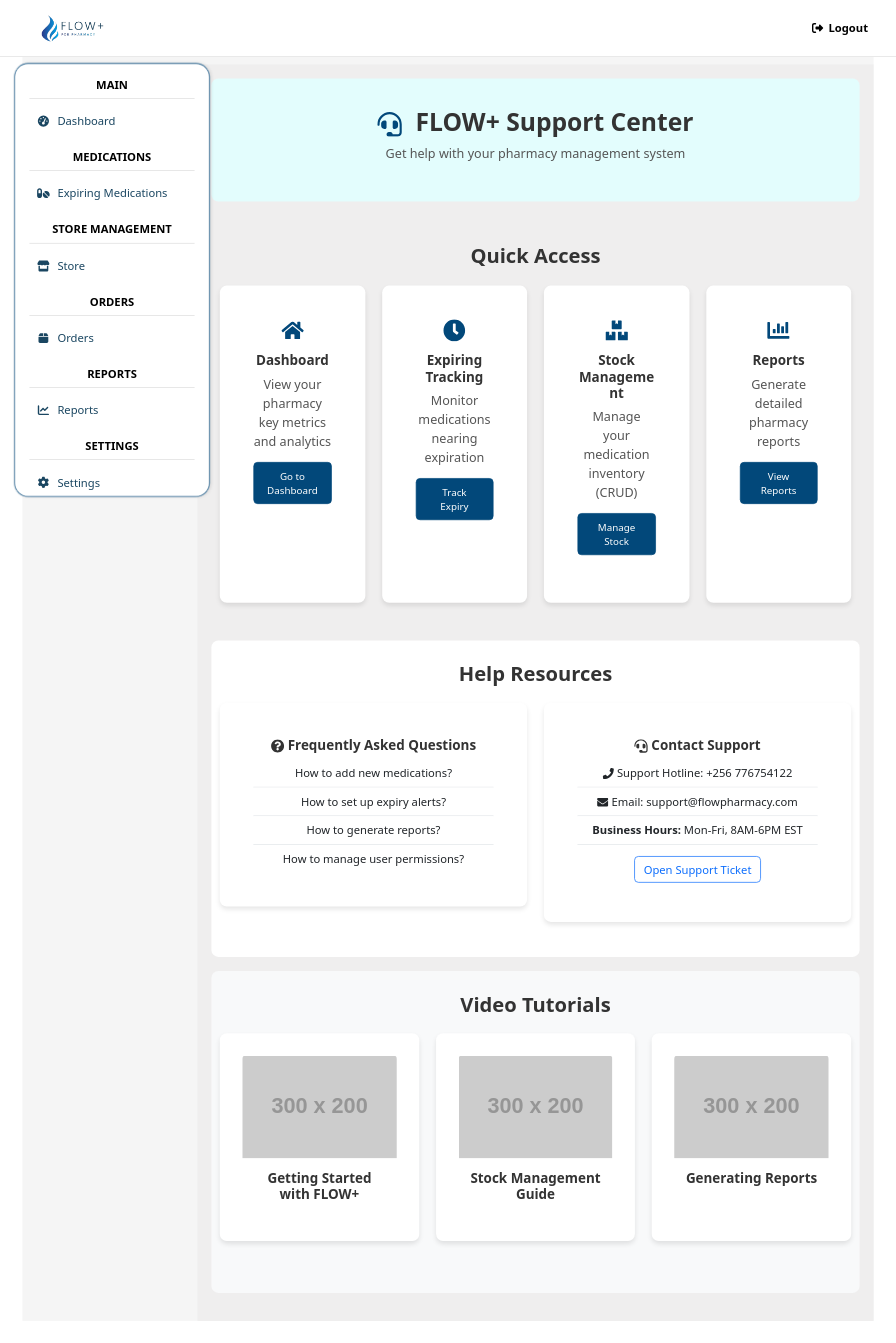
Repository: bindukabusara/Frontend
Page: /support
An editor plug-in stored every save of this project. The page is shown before and after the next save, followed by the edit.
The browser window is 1280 px wide. The pictures show the whole page, at 70% of full size.
The project was rebuilt for these pictures with package versions that can differ from the ones it lists, and the page was loaded fresh each time. Also part of the build but not shown: vite.config.js, src/components/Home.jsx, src/components/authentification/Signup.css, src/components/authentification/Signup.jsx, src/components/authentification/Login.jsx, src/components/Content/Dashboard.jsx, src/components/Content/MedicationStore.jsx, src/components/Content/ExpiringMedications.jsx and 14 more.

Above is the page before, as saved 2025-03-31 17:09:14.

### index.html
<!doctype html>
<html lang="en">

<head>
  <meta charset="UTF-8" />
  <link rel="icon" type="image/png" href="/Logo.png" />
  <meta name="viewport" content="width=device-width, initial-scale=1.0" />
  <title> FLOW +</title>

</head>

<body>
  <div id="root"></div>
  <script type="module" src="/src/main.jsx"></script>
</body>

</html>

### src/App.css
#root {
  max-width: 1280px;
  margin: 0 auto;
  padding: 2rem;
  text-align: center;
}

.logo {
  height: 6em;
  padding: 1.5em;
  will-change: filter;
  transition: filter 300ms;
}
.logo:hover {
  filter: drop-shadow(0 0 2em #646cffaa);
}
.logo.react:hover {
  filter: drop-shadow(0 0 2em #61dafbaa);
}

@keyframes logo-spin {
  from {
    transform: rotate(0deg);
  }
  to {
    transform: rotate(360deg);
  }
}

@media (prefers-reduced-motion: no-preference) {
  a:nth-of-type(2) .logo {
    animation: logo-spin infinite 20s linear;
  }
}

.card {
  padding: 2em;
}

.read-the-docs {
  color: #ffffff;
}

### src/components/Content/Support.jsx
import { Container, Row, Col, Card, Button, ListGroup } from "react-bootstrap";
import { FaHome, FaClock, FaBoxes, FaChartBar, FaHeadset, FaPhone, FaEnvelope, FaQuestionCircle } from "react-icons/fa";
import { Link } from "react-router-dom";
import Sidebar from '../Pharmacy/Sidebar/Sidebar';
import Navbar from "../Pharmacy/Sidebar/Navbar";
import "./Support.css";

const Support = () => {
  return (
    <div className="dashboard-container">
      <Navbar />
      <Sidebar />
      <div className="main-content">
        {/* Header Section */}
        <div className="support-header">
          <Container>
            <h1><FaHeadset className="support-icon" /> FLOW+ Support Center</h1>
            <p>Get help with your pharmacy management system</p>
          </Container>
        </div>

        {/* Quick Links Section */}
        <section className="quick-links">
          <Container>
            <h2 className="section-title">Quick Access</h2>
            <Row className="mt-4">
              <Col md={3} className="mb-4">
                <Card className="quick-link-card">
                  <Card.Body className="text-center">
                    <FaHome className="quick-link-icon" />
                    <Card.Title>Dashboard</Card.Title>
                    <Card.Text>
                      View your pharmacy key metrics and analytics
                    </Card.Text>
                    <Button as={Link} to="/dashboard" variant="primary">
                      Go to Dashboard
                    </Button>
                  </Card.Body>
                </Card>
              </Col>
              <Col md={3} className="mb-4">
                <Card className="quick-link-card">
                  <Card.Body className="text-center">
                    <FaClock className="quick-link-icon" />
                    <Card.Title>Expiring Tracking</Card.Title>
                    <Card.Text>
                      Monitor medications nearing expiration
                    </Card.Text>
                    <Button as={Link} to="/expiring-medications" variant="primary">
                      Track Expiry
                    </Button>
                  </Card.Body>
                </Card>
              </Col>
              <Col md={3} className="mb-4">
                <Card className="quick-link-card">
                  <Card.Body className="text-center">
                    <FaBoxes className="quick-link-icon" />
                    <Card.Title>Stock Management</Card.Title>
                    <Card.Text>
                      Manage your medication inventory (CRUD)
                    </Card.Text>
                    <Button as={Link} to="/medications" variant="primary">
                      Manage Stock
                    </Button>
                  </Card.Body>
                </Card>
              </Col>
              <Col md={3} className="mb-4">
                <Card className="quick-link-card">
                  <Card.Body className="text-center">
                    <FaChartBar className="quick-link-icon" />
                    <Card.Title>Reports</Card.Title>
                    <Card.Text>
                      Generate detailed pharmacy reports
                    </Card.Text>
                    <Button as={Link} to="/reportP" variant="primary">
                      View Reports
                    </Button>
                  </Card.Body>
                </Card>
              </Col>
            </Row>
          </Container>
        </section>

        {/* Help Resources Section */}
        <section className="help-resources">
          <Container>
            <h2 className="section-title">Help Resources</h2>
            <Row>
              <Col md={6}>
                <Card className="mb-4">
                  <Card.Body>
                    <Card.Title><FaQuestionCircle className="mr-2" /> Frequently Asked Questions</Card.Title>
                    <ListGroup variant="flush">
                      <ListGroup.Item>How to add new medications?</ListGroup.Item>
                      <ListGroup.Item>How to set up expiry alerts?</ListGroup.Item>
                      <ListGroup.Item>How to generate reports?</ListGroup.Item>
                      <ListGroup.Item>How to manage user permissions?</ListGroup.Item>
                    </ListGroup>
                  </Card.Body>
                </Card>
              </Col>
              <Col md={6}>
                <Card>
                  <Card.Body>
                    <Card.Title><FaHeadset className="mr-2" /> Contact Support</Card.Title>
                    <ListGroup variant="flush">
                      <ListGroup.Item>
                        <FaPhone className="mr-2" /> Support Hotline: +256 776754122
                      </ListGroup.Item>
                      <ListGroup.Item>
                        <FaEnvelope className="mr-2" /> Email: support@flowpharmacy.com
                      </ListGroup.Item>
                      <ListGroup.Item>
                        <strong>Business Hours:</strong> Mon-Fri, 8AM-6PM EST
                      </ListGroup.Item>
                      <ListGroup.Item>
                        <Button variant="outline-primary" className="mt-2">
                          Open Support Ticket
                        </Button>
                      </ListGroup.Item>
                    </ListGroup>
                  </Card.Body>
                </Card>
              </Col>
            </Row>
          </Container>
        </section>

        {/* Video Tutorials Section */}
        <section className="video-tutorials">
          <Container>
            <h2 className="section-title">Video Tutorials</h2>
            <Row>
              <Col md={4} className="mb-4">
                <Card>
                  <Card.Img variant="top" src="https://via.placeholder.com/300x200" />
                  <Card.Body>
                    <Card.Title>Getting Started with FLOW+</Card.Title>
                  </Card.Body>
                </Card>
              </Col>
              <Col md={4} className="mb-4">
                <Card>
                  <Card.Img variant="top" src="https://via.placeholder.com/300x200" />
                  <Card.Body>
                    <Card.Title>Stock Management Guide</Card.Title>
                  </Card.Body>
                </Card>
              </Col>
              <Col md={4} className="mb-4">
                <Card>
                  <Card.Img variant="top" src="https://via.placeholder.com/300x200" />
                  <Card.Body>
                    <Card.Title>Generating Reports</Card.Title>
                  </Card.Body>
                </Card>
              </Col>
            </Row>
          </Container>
        </section>
      </div>
    </div>
  );
};

export default Support;

### src/components/Pharmacy/Sidebar/Navbar.css
/* Navbar Styles */
.navbar {
  background-color: #fff; /* Updated navbar color */
  color: #fff; /* White text */
  padding: 5px 10px;
  box-shadow: 0 2px 5px rgba(255, 255, 255, 0.1);
  position: fixed;
  top: 0;
  left: 0;
  width: 100%;
  z-index: 100;
  display: flex;
  align-items: center;
}

.navbar-content {
  display: flex;
  align-items: center;
  width: 100%;
  max-width: 1200px;
  margin: 0 auto;
}



.navbar-logo img {
  height: 70px; /* Adjust logo size */
}

/* Logout option styling */
.navbar-actions {
  margin-left: auto; /* Push logout to the extreme right */
  display: flex;
  align-items: center;
}

.navbar-actions .logout-option {
  color: #000000;
  cursor: pointer;
  font-size: 16px;
  display: flex;
  align-items: center;
  gap: 8px; /* Space between icon and text */
  transition: opacity 0.3s ease;
}

.navbar-actions .logout-option:hover {
  opacity: 0.8; /* Slight fade on hover */
}

/* Logout icon styling */
.navbar-actions .logout-option svg {
  width: 16px;
  height: 16px;
}

/* Logout Popup Overlay */
.logout-popup-overlay {
  position: fixed;
  top: 0;
  left: 0;
  width: 100%;
  height: 100%;
  background-color: rgba(0, 0, 0, 0.5); /* Semi-transparent black overlay */
  display: flex;
  justify-content: center;
  align-items: center;
  z-index: 1001;
}

/* Logout Popup */
.logout-popup {
  background-color: #fff;
  padding: 20px;
  border-radius: 10px;
  box-shadow: 0 2px 10px rgba(0, 0, 0, 0.1);
  text-align: center;
  max-width: 300px;
  width: 100%;
}

.logout-popup h3 {
  margin-bottom: 20px;
  color: #333;
}

.popup-buttons {
  display: flex;
  justify-content: center;
  gap: 10px;
}

.popup-buttons button {
  padding: 8px 16px;
  border: none;
  border-radius: 5px;
  cursor: pointer;
  font-size: 14px;
  transition: background-color 0.3s ease;
}

.popup-buttons .confirm-button {
  background-color: #ff4d4d; /* Red button */
  color: #fff;
}

.popup-buttons .confirm-button:hover {
  background-color: #e60000; /* Darker red on hover */
}

.popup-buttons .cancel-button {
  background-color: #1D328D; /* Updated navbar color */
  color: #fff;
}

.popup-buttons .cancel-button:hover {
  background-color: #16236b; /* Darker blue on hover */
}

### src/components/Content/order.css
.all-carts-page-container {
    padding: 20px;
  }

  .main-content {
    margin-left: 250px; /* Adjust based on your sidebar width */
  }

  .medication-image {
    width: 50px;
    height: 50px;
    object-fit: cover;
    margin-right: 10px;
  }

  .table td {
    vertical-align: middle; /* Align content vertically in the middle */
  }

  .modal-body {
    padding: 20px;
  }

  .modal-footer {
    justify-content: space-between;
  }

  /* Style the time input */
  input[type="time"] {
    padding: 8px;
    border: 1px solid #ccc;
    border-radius: 4px;
    width: 100%;
  }

  /* Style the "Add Another Time" button */
  .btn-secondary {
    margin-top: 10px;
  }

  .custom-table {
    width: 100%;
    border-collapse: collapse;
    margin-top: 20px;
    box-shadow: 0 4px 8px rgba(0, 0, 0, 0.1);
    background-color: #fff;
  }

  .custom-table th,
  .custom-table td {
    padding: 12px;
    text-align: left;
    border-bottom: 1px solid #ddd;
  }

  .custom-table th {
    background-color: #02487a;
    color: #fff;
    font-weight: bold;
    text-transform: uppercase;
    font-size: 12px;
  }

  .custom-table tbody tr:hover {
    background-color: #f1f1f1;
  }

  .custom-table tbody tr:nth-child(even) {
    background-color: #f9f9f9;
  }

  /* Medication Image Styling */
  .medication-image {
    width: 30px;
    height: 30px;
    border-radius: 5px;
    object-fit: cover;
  }

  /* Button Styling */
  .btn-primary {
    background-color:#02487a;
    border-color: #02487a;
    font-size: 14px;
    padding: 8px 16px;
  }

  .btn-primary:hover {
    background-color: #02487a;;
    border-color:#02487a;;
  }

### src/components/Content/Support.css
/* Support Page Styles */
.dashboard-container {
    display: flex;
    min-height: 100vh;
  }

  .main-content {
    flex: 1;
    padding: 20px;
    margin-left: 250px; /* Adjust based on your sidebar width */
  }

  .support-header {
    background-color: #E3FDFD;
    padding: 40px 0;
    text-align: center;
    margin-bottom: 30px;
    border-radius: 10px;
  }

  .support-header h1 {
    font-size: 2.2rem;
    font-weight: bold;
    color: #333;
  }

  .support-icon {
    color: #02487a;
    margin-right: 10px;
  }

  .section-title {
    font-size: 1.8rem;
    font-weight: bold;
    color: #333;
    margin-bottom: 25px;
    text-align: center;
  }

  .quick-links {
    padding: 30px 0;
  }

  .quick-link-card {
    height: 100%;
    transition: transform 0.3s ease;
    border: none;
    border-radius: 10px;
    box-shadow: 0 4px 8px rgba(0, 0, 0, 0.1);
    margin-bottom: 20px;
  }

  .quick-link-card:hover {
    transform: translateY(-5px);
  }

  .quick-link-icon {
    font-size: 2rem;
    color: #02487a;
    margin-bottom: 15px;
  }

  .help-resources, .video-tutorials {
    padding: 30px 0;
    background-color: #ffffff;
    border-radius: 10px;
    margin-bottom: 20px;
  }

  .video-tutorials {
    background-color: #f8f9fa;
  }

  .card {
    border: none;
    border-radius: 10px;
    box-shadow: 0 4px 8px rgba(0, 0, 0, 0.1);
    transition: transform 0.3s ease;
    margin-bottom: 20px;
  }

  .card:hover {
    transform: translateY(-5px);
  }

  .ListGroup-item {
    padding: 12px;
    border-left: none;
    border-right: none;
  }

  /* Responsive adjustments */
  @media (max-width: 992px) {
    .main-content {
      margin-left: 0;
      padding-top: 70px; /* Account for navbar height */
    }

    .support-header h1 {
      font-size: 1.8rem;
    }

    .section-title {
      font-size: 1.5rem;
    }

    .quick-link-icon {
      font-size: 1.5rem;
    }
  }

### src/componentp/contents/Reminder.css
.reminder-page-container {
  display: flex;
  min-height: 100vh;
}

.main-content {
  flex: 1;
  padding: 20px;
  margin-left: 250px; /* Adjust based on sidebar width */
}

.active-reminders-alert {
  position: fixed;
  top: 20px;
  right: 20px;
  width: 350px;
  z-index: 1000;
  animation: pulse 2s infinite;
}

@keyframes pulse {
  0% { box-shadow: 0 0 0 0 rgba(255, 193, 7, 0.7); }
  70% { box-shadow: 0 0 0 10px rgba(255, 193, 7, 0); }
  100% { box-shadow: 0 0 0 0 rgba(255, 193, 7, 0); }
}

.medication-thumbnail {
  width: 50px;
  height: 50px;
  object-fit: cover;
  border-radius: 4px;
  margin-right: 10px;
}

.reminders-grid {
  display: grid;
  grid-template-columns: repeat(auto-fill, minmax(300px, 1fr));
  gap: 20px;
}

.times-list {
  padding-left: 20px;
  margin-bottom: 0;
}

@media (max-width: 768px) {
  .main-content {
    margin-left: 0;
  }

  .reminders-grid {
    grid-template-columns: 1fr;
  }

  .active-reminders-alert {
    width: calc(100% - 40px);
    left: 20px;
    right: auto;
  }
}

.reminder-page-container {
  display: flex;
  min-height: 100vh;
  background-color: #f8f9fa;
}

.main-content {
  flex: 1;
  padding: 20px;
  margin-left: 250px;
  margin-top: 60px;
}

.medication-thumbnail {
  width: 50px;
  height: 50px;
  object-fit: cover;
  border-radius: 4px;
}

.medication-image-large {
  width: 200px;
  height: 200px;
  object-fit: cover;
  border-radius: 8px;
}

.alerts-section {
  background-color: #fff8f8;
  padding: 15px;
  border-radius: 8px;
  border-left: 4px solid #dc3545;
  margin-bottom: 20px;
}

/* Add any additional styles you need */

.reminder-page-container {
  padding: 20px;
}

.main-content {
  margin-left: 250px;
  padding: 20px;
}

.alerts-section {
  background-color: #fff8f8;
  padding: 15px;
  border-radius: 8px;
  border-left: 4px solid #dc3545;
}

.medication-thumbnail {
  width: 50px;
  height: 50px;
  object-fit: cover;
  border-radius: 4px;
}

.medication-image-large {
  width: 150px;
  height: 150px;
  object-fit: contain;
  border-radius: 8px;
  border: 1px solid #dee2e6;
}

.reminder-details .ps-4 {
  padding-left: 1.5rem;
}

/* Responsive adjustments */
@media (max-width: 768px) {
  .main-content {
    margin-left: 0;
  }

  .medication-image-large {
    width: 100px;
    height: 100px;
  }

  .reminder-details {
    flex-direction: column;
  }
}

### src/componentp/bar/Navbar.css
/* Navbar Styles */
.navbar {
  background-color: #fff; /* Updated navbar color */
  color: #fff; /* White text */
  padding: 5px 10px;
  box-shadow: 0 2px 5px rgba(255, 255, 255, 0.1);
  position: fixed;
  top: 0;
  left: 0;
  width: 100%;
  z-index: 100;
  display: flex;
  align-items: center;
}

.navbar-content {
  display: flex;
  align-items: center;
  width: 100%;
  max-width: 1200px;
  margin: 0 auto;
}



.navbar-logo img {
  height: 70px; /* Adjust logo size */
}

/* Logout option styling */
.navbar-actions {
  margin-left: auto; /* Push logout to the extreme right */
  display: flex;
  align-items: center;
}

.navbar-actions .logout-option {
  color: #000000;
  cursor: pointer;
  font-size: 16px;
  display: flex;
  align-items: center;
  gap: 8px; /* Space between icon and text */
  transition: opacity 0.3s ease;
}

.navbar-actions .logout-option:hover {
  opacity: 0.8; /* Slight fade on hover */
}

/* Logout icon styling */
.navbar-actions .logout-option svg {
  width: 16px;
  height: 16px;
}

/* Logout Popup Overlay */
.logout-popup-overlay {
  position: fixed;
  top: 0;
  left: 0;
  width: 100%;
  height: 100%;
  background-color: rgba(0, 0, 0, 0.5); /* Semi-transparent black overlay */
  display: flex;
  justify-content: center;
  align-items: center;
  z-index: 1001;
}

/* Logout Popup */
.logout-popup {
  background-color: #fff;
  padding: 20px;
  border-radius: 10px;
  box-shadow: 0 2px 10px rgba(0, 0, 0, 0.1);
  text-align: center;
  max-width: 300px;
  width: 100%;
}

.logout-popup h3 {
  margin-bottom: 20px;
  color: #333;
}

.popup-buttons {
  display: flex;
  justify-content: center;
  gap: 10px;
}

.popup-buttons button {
  padding: 8px 16px;
  border: none;
  border-radius: 5px;
  cursor: pointer;
  font-size: 14px;
  transition: background-color 0.3s ease;
}

.popup-buttons .confirm-button {
  background-color: #ff4d4d; /* Red button */
  color: #fff;
}

.popup-buttons .confirm-button:hover {
  background-color: #e60000; /* Darker red on hover */
}

.popup-buttons .cancel-button {
  background-color: #1D328D; /* Updated navbar color */
  color: #fff;
}

.popup-buttons .cancel-button:hover {
  background-color: #16236b; /* Darker blue on hover */
}

### src/components/saler/Bar/Navbar.css
/* Navbar Styles */
.navbar {
  background-color: #fff; /* Updated navbar color */
  color: #fff; /* White text */
  padding: 5px 10px;
  box-shadow: 0 2px 5px rgba(255, 255, 255, 0.1);
  position: fixed;
  top: 0;
  left: 0;
  width: 100%;
  z-index: 100;
  display: flex;
  align-items: center;
}

.navbar-content {
  display: flex;
  align-items: center;
  width: 100%;
  max-width: 1200px;
  margin: 0 auto;
}



.navbar-logo img {
  height: 70px; /* Adjust logo size */
}

/* Logout option styling */
.navbar-actions {
  margin-left: auto; /* Push logout to the extreme right */
  display: flex;
  align-items: center;
}

.navbar-actions .logout-option {
  color: #000000;
  cursor: pointer;
  font-size: 16px;
  display: flex;
  align-items: center;
  gap: 8px; /* Space between icon and text */
  transition: opacity 0.3s ease;
}

.navbar-actions .logout-option:hover {
  opacity: 0.8; /* Slight fade on hover */
}

/* Logout icon styling */
.navbar-actions .logout-option svg {
  width: 16px;
  height: 16px;
}

/* Logout Popup Overlay */
.logout-popup-overlay {
  position: fixed;
  top: 0;
  left: 0;
  width: 100%;
  height: 100%;
  background-color: rgba(0, 0, 0, 0.5); /* Semi-transparent black overlay */
  display: flex;
  justify-content: center;
  align-items: center;
  z-index: 1001;
}

/* Logout Popup */
.logout-popup {
  background-color: #fff;
  padding: 20px;
  border-radius: 10px;
  box-shadow: 0 2px 10px rgba(0, 0, 0, 0.1);
  text-align: center;
  max-width: 300px;
  width: 100%;
}

.logout-popup h3 {
  margin-bottom: 20px;
  color: #333;
}

.popup-buttons {
  display: flex;
  justify-content: center;
  gap: 10px;
}

.popup-buttons button {
  padding: 8px 16px;
  border: none;
  border-radius: 5px;
  cursor: pointer;
  font-size: 14px;
  transition: background-color 0.3s ease;
}

.popup-buttons .confirm-button {
  background-color: #ff4d4d; /* Red button */
  color: #fff;
}

.popup-buttons .confirm-button:hover {
  background-color: #e60000; /* Darker red on hover */
}

.popup-buttons .cancel-button {
  background-color: #1D328D; /* Updated navbar color */
  color: #fff;
}

.popup-buttons .cancel-button:hover {
  background-color: #16236b; /* Darker blue on hover */
}

Loaded but not shown: src/main.jsx (common file); src/index.css (common file); src/components/Content/MedicationStore.css (337 lines, source omitted); src/components/Home.css (293 lines, source omitted); src/components/Content/Dashboard.css (222 lines, source omitted); src/components/saler/Content/Dashboard.css (222 lines, source omitted); src/componentp/contents/Orders.css (254 lines, source omitted); src/componentp/contents/Card.css (218 lines, source omitted); src/components/saler/Bar/sidebar.css (134 lines, source omitted); src/components/saler/Content/Report.css (163 lines, source omitted); src/components/Content/Report.css (163 lines, source omitted); src/components/Pharmacy/Sidebar/Sidebar.jsx (120 lines, source omitted); src/components/Pharmacy/Sidebar/sidebar.css (153 lines, source omitted); src/componentp/bar/sidebar.css (170 lines, source omitted); src/App.jsx (62 lines, source omitted); src/components/Content/ExpiringMedications.css (128 lines, source omitted); src/components/saler/Content/ExpiringMedications.css (128 lines, source omitted); src/components/Pharmacy/Sidebar/Navbar.jsx (74 lines, source omitted); src/components/saler/Content/OrdersS.css (no stored copy; drawn as an empty file); src/components/saler/Content/store.css (no stored copy; drawn as an empty file)

After the next save:
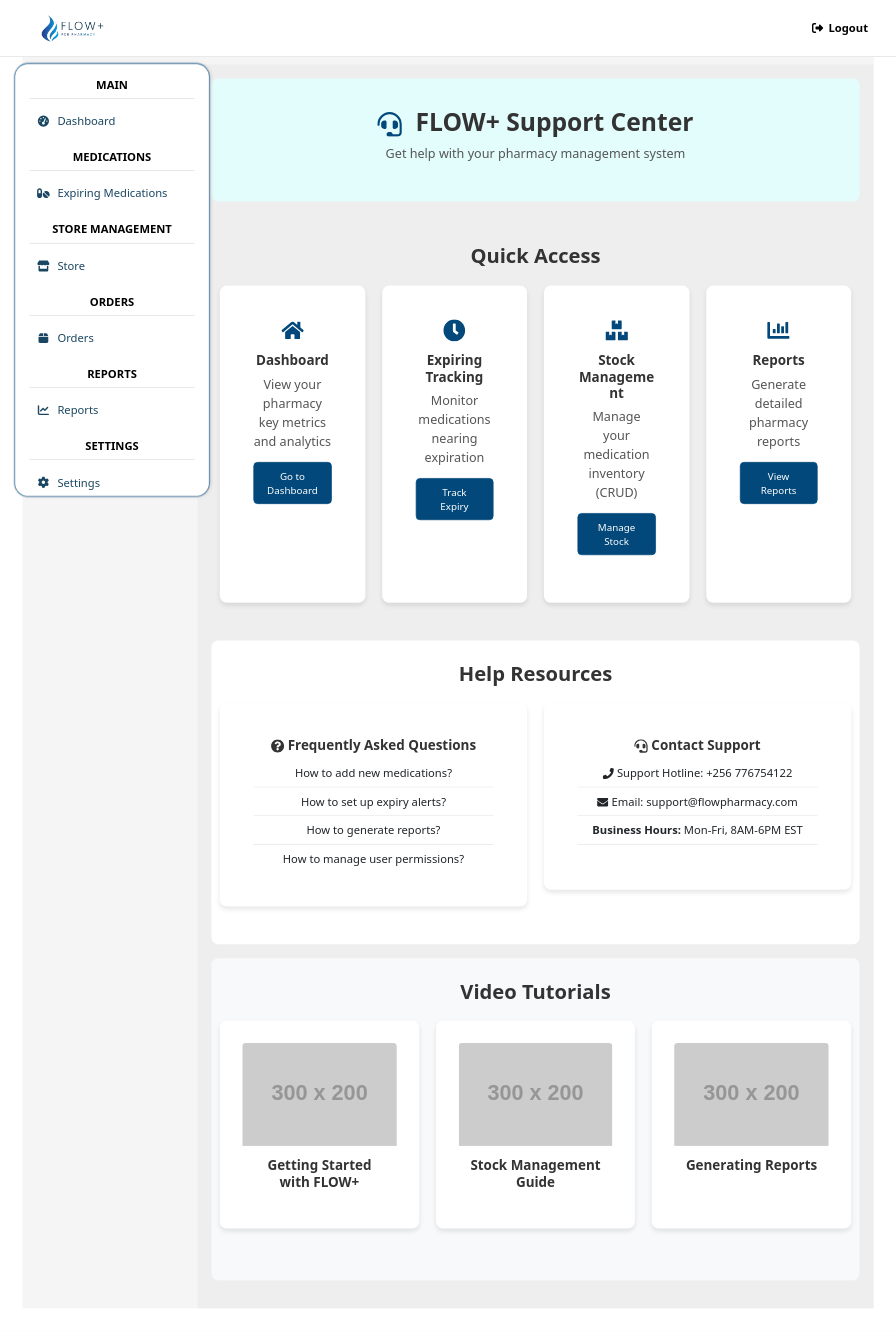
Saved 39 s later.
--- a/src/components/Content/Support.jsx
+++ b/src/components/Content/Support.jsx
@@ -117,9 +117,7 @@ const Support = () => {
                         <strong>Business Hours:</strong> Mon-Fri, 8AM-6PM EST
                       </ListGroup.Item>
                       <ListGroup.Item>
-                        <Button variant="outline-primary" className="mt-2">
-                          Open Support Ticket
-                        </Button>
+
                       </ListGroup.Item>
                     </ListGroup>
                   </Card.Body>
